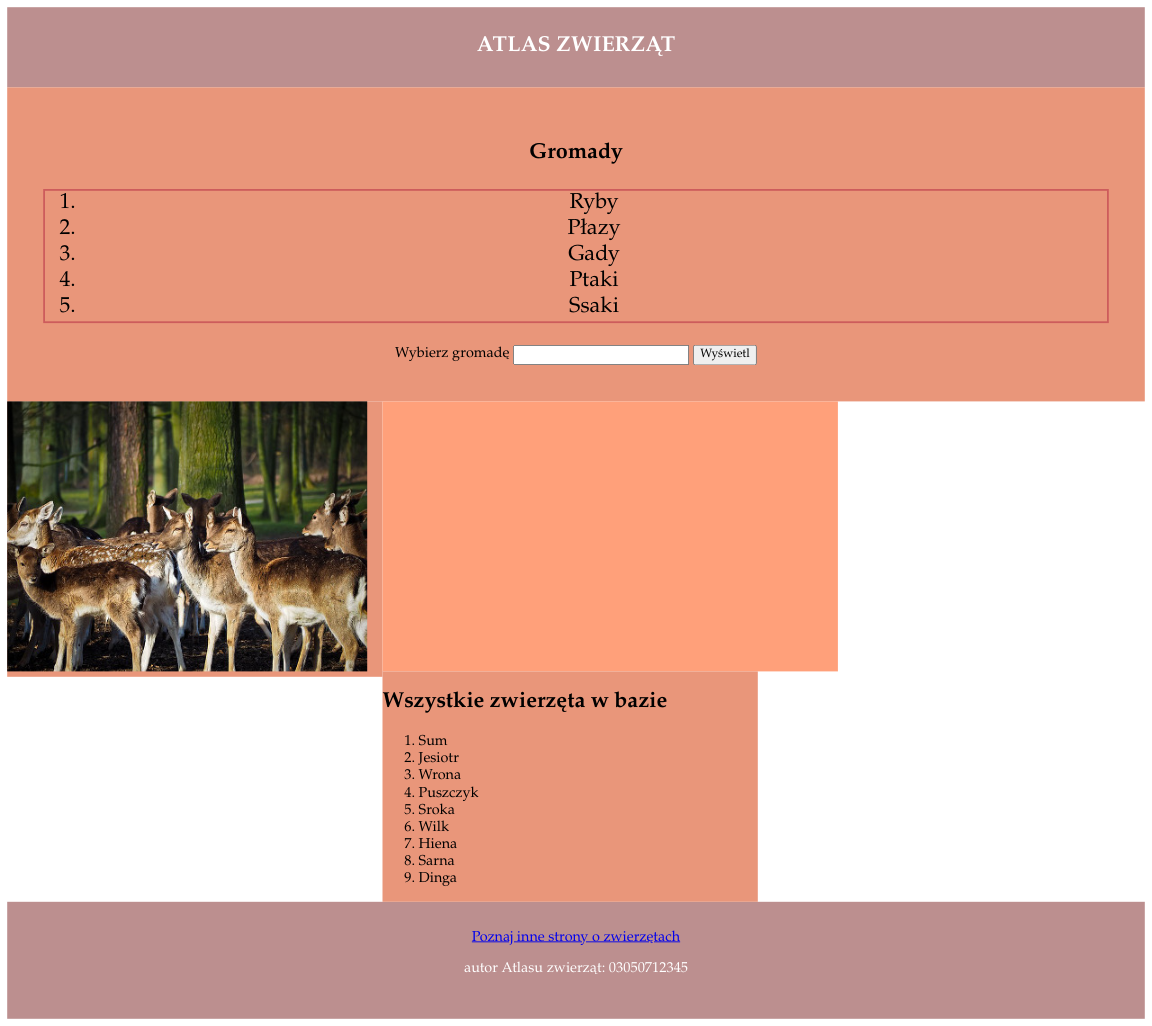
Repository: Lenerystia/HTML
Page: Zad.egz_3/index.html
The author's editor kept a copy of each file at every save. The page is drawn from the files as they stood at one save, then again after the next save.
The browser window is 1280 px wide. The pictures show the whole page, at 90% of full size.

Above is the page before, as saved 2021-12-22 13:57:37.

### Zad.egz_3/index.html
<!DOCTYPE html>
<head>
    <meta http-equiv="content-type" type="text/html" charset="UTF-8">
    <title>Dane o zwierzętach</title>
    <link rel="stylesheet" href="styl3.css">
</head>
<body>
    <section class="baner">
        <h1>ATLAS ZWIERZĄT</h1>
    </section>
    <section class="formularz">
        <h2>Gromady</h2>
        <ol>
            <li>Ryby</li>
            <li>Płazy</li>
            <li>Gady</li>
            <li>Ptaki</li>
            <li>Ssaki</li>
        </ol>
        <form action="http://www.przykładowastrona.com" method="post">Wybierz gromadę
            <input type="number" name="Wybierz gromadę" id="gromada">
            <input type="submit" value="Wyświetl">
        </form>
    </section>
    <section class="glownyLewy">
        <img src="zwierzeta.jpg" alt="dzikie zwierzęta">
    </section>
    <section class="glownySrodkowy">

    </section>
    <section class="glownyPrawy">
        <h2>Wszystkie zwierzęta w bazie</h2>
        <ol>
            <li>Sum</li>
            <li>Jesiotr</li>
            <li>Wrona</li>
            <li>Puszczyk</li>
            <li>Sroka</li>
            <li>Wilk</li>
            <li>Hiena</li>
            <li>Sarna</li>
            <li>Dinga</li>
        </ol>
    </section>
    <section class="stopka">
        <a href="atlas-zwierzat.pl" target="_blank">Poznaj inne strony o zwierzętach</a>
        <p>autor Atlasu zwierząt: 03050712345</p>
    </section>
</body>
</html>

### Zad.egz_3/styl3.css
*{
    font-family: Garamond;
}
.baner{
    background-color: rosybrown;
    color: white;
    text-align: center;
    padding: 10px;
}
.formularz{
    background-color: darksalmon;
    text-align: center;
    padding: 40px;
}
.glownyLewy, .glownyPrawy{
    background-color: darksalmon;
    width: 33%
}
.glownyLewy{
    float: left;
}
.glownySrodkowy{
    background-color: lightsalmon;
    height: 300px;
    width: 40%;
    float: left;
}
.glownyPrawy{
    float: left;
}
.stopka{
    background-color: rosybrown;
    color: white;
    text-align: center;
    padding: 30px;
    clear: both;
}
.formularz ol{
    border: 2px solid rgb(205, 92, 92);
    font-size: 150%;
}

After the next save:
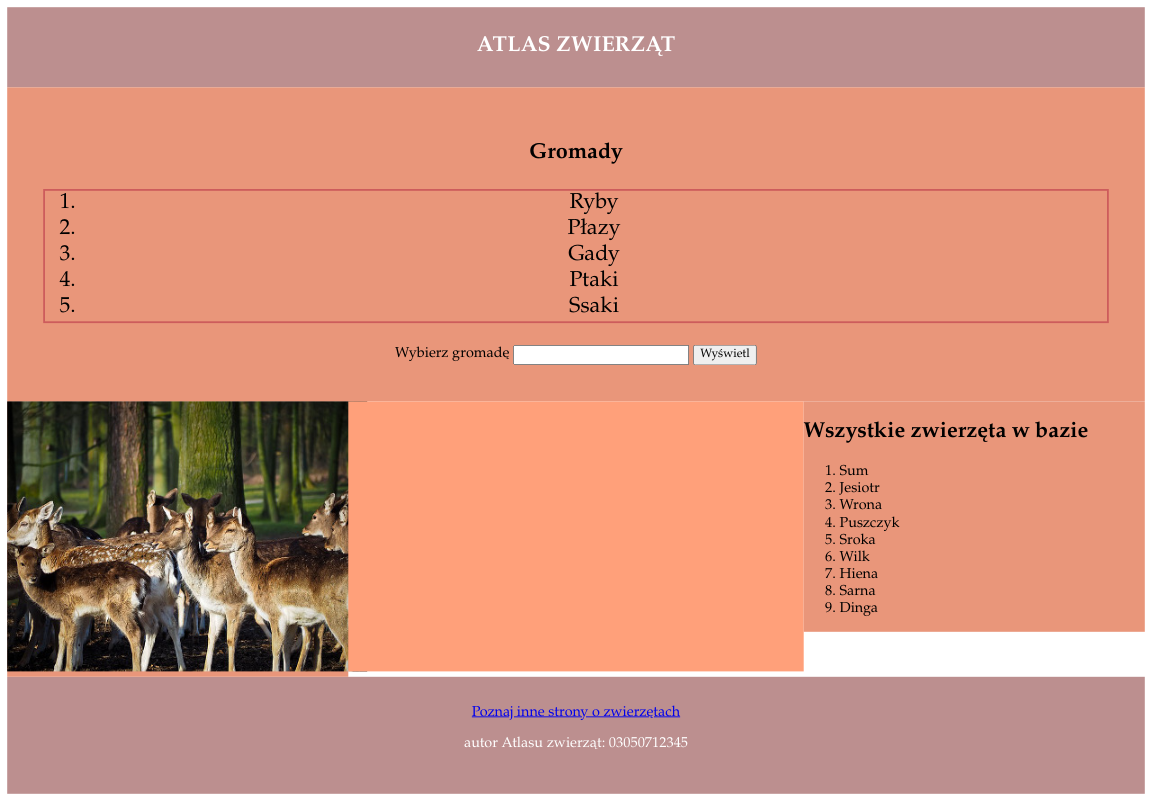
Saved 30 s later.
--- a/Zad.egz_3/styl3.css
+++ b/Zad.egz_3/styl3.css
@@ -14,10 +14,10 @@
 }
 .glownyLewy, .glownyPrawy{
     background-color: darksalmon;
-    width: 33%
 }
 .glownyLewy{
     float: left;
+    width: 30%;
 }
 .glownySrodkowy{
     background-color: lightsalmon;
@@ -27,6 +27,7 @@
 }
 .glownyPrawy{
     float: left;
+    width: 30%;
 }
 .stopka{
     background-color: rosybrown;
